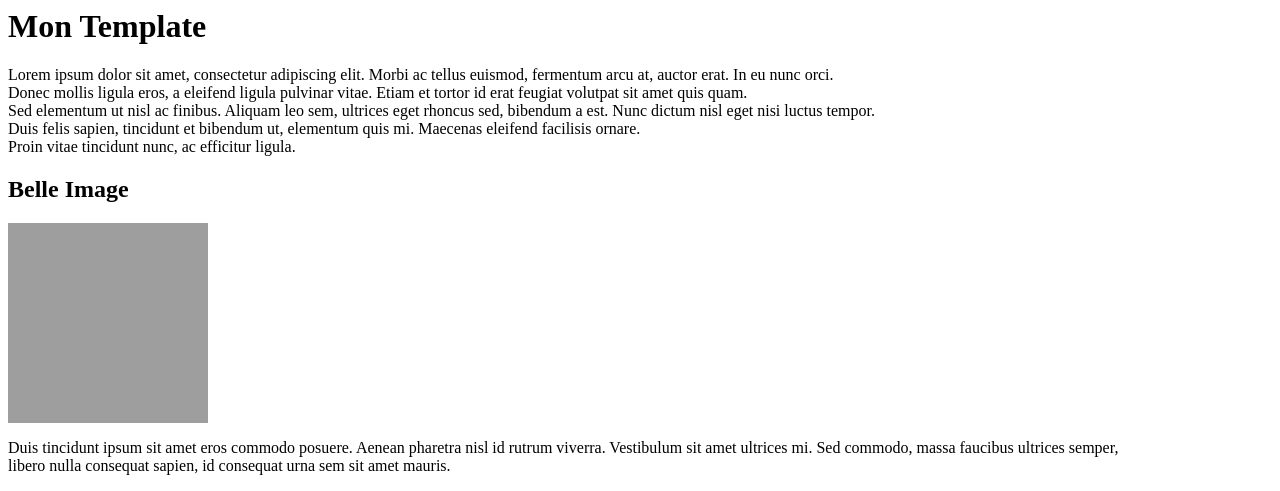
Repository: alvesamour/wf
Page: http://localhost/views/homepage.html.php
The author's editor kept a copy of each file at every save. The page is drawn from the files as they stood at one save, then again after the next save.
The browser window is 1280 px wide. The pictures show the part of the page from y = 0 to 491 px (the page is 799 px tall before and 720 px after).
Pictures or frames that could not be fetched are drawn as grey boxes. The page is run by PHP 8.4 with error messages shown; the project is at /var/www/html/.

Above is the page before, as saved 2018-11-19 15:08:35.

### OOP/microforce/views/homepage.html.php
<!DOCTYPE>
<html>
	<head>
		<meta charset="UTF-8">
		<title>Mon site Web MicroForce</title>
	</head>

	<body>
		<h1>Mon Template</h1>

		<p>
			Lorem ipsum dolor sit amet, consectetur adipiscing elit. Morbi ac tellus euismod, fermentum arcu at, auctor erat. In eu nunc orci.</br>
			 Donec mollis ligula eros, a eleifend ligula pulvinar vitae. Etiam et tortor id erat feugiat volutpat sit amet quis quam. </br>
			 Sed elementum ut nisl ac finibus. Aliquam leo sem, ultrices eget rhoncus sed, bibendum a est. Nunc dictum nisl eget nisi luctus tempor.</br>
			 Duis felis sapien, tincidunt et bibendum ut, elementum quis mi. Maecenas eleifend facilisis ornare.</br>
			 Proin vitae tincidunt nunc, ac efficitur ligula.</br>
		</p>

		<div>
			<h2>Belle Image</h2>
			<img src="https://picsum.photos/200" alt="photo">
		</div>

		<p>
			Duis tincidunt ipsum sit amet eros commodo posuere. Aenean pharetra nisl id rutrum viverra. Vestibulum sit amet ultrices mi. Sed commodo, massa faucibus ultrices semper,</br>
			libero nulla consequat sapien, id consequat urna sem sit amet mauris.</br>
		</p>
		<img src="https://picsum.photos/500/300/?random" alt="Aleatoire"></br>
	</body>
</html>

After the next save:
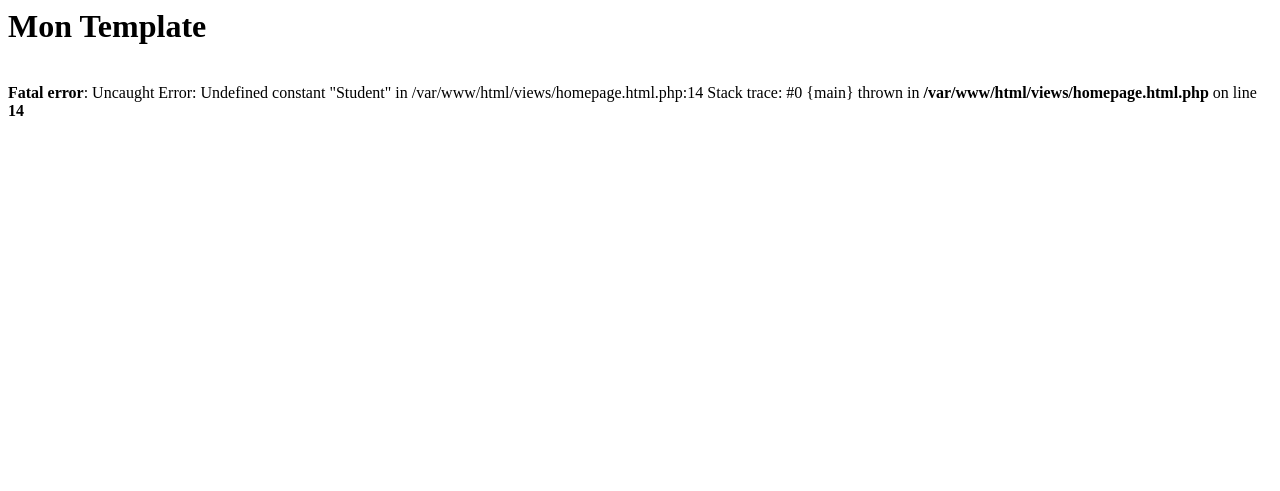
Saved 104 s later.
--- a/OOP/microforce/views/homepage.html.php
+++ b/OOP/microforce/views/homepage.html.php
@@ -1,3 +1,6 @@
+<?php
+use MicroForce\Model\Student;
+?>
 <!DOCTYPE>
 <html>
 	<head>
@@ -7,7 +10,9 @@
 
 	<body>
 		<h1>Mon Template</h1>
-
+		<?php
+		  print_r(Student);
+		?>
 		<p>
 			Lorem ipsum dolor sit amet, consectetur adipiscing elit. Morbi ac tellus euismod, fermentum arcu at, auctor erat. In eu nunc orci.</br>
 			 Donec mollis ligula eros, a eleifend ligula pulvinar vitae. Etiam et tortor id erat feugiat volutpat sit amet quis quam. </br>
